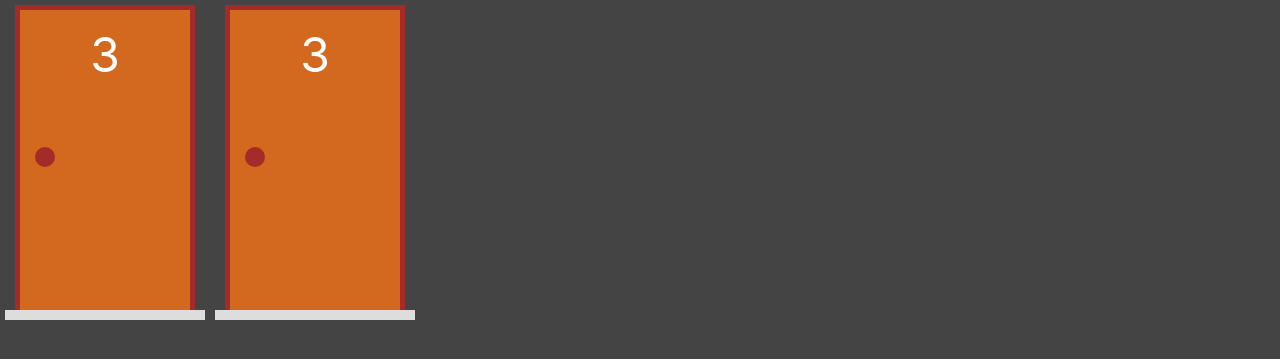
Repository: Mira757/Projeto-Porta-Premiada
Page: /
The author's editor kept a copy of each file at every save. The page is drawn from the files as they stood at one save, then again after the next save.
The browser window is 1280 px wide. The pictures show the whole page.
The project was rebuilt for these pictures with package versions that can differ from the ones it lists, and the page was loaded fresh each time. The framework's server and built-in components were replaced by stand-ins that run in the browser. Also part of the build but not shown: next.config.js.

Above is the page before, as saved 2022-03-17 12:10:52.

After the next save:
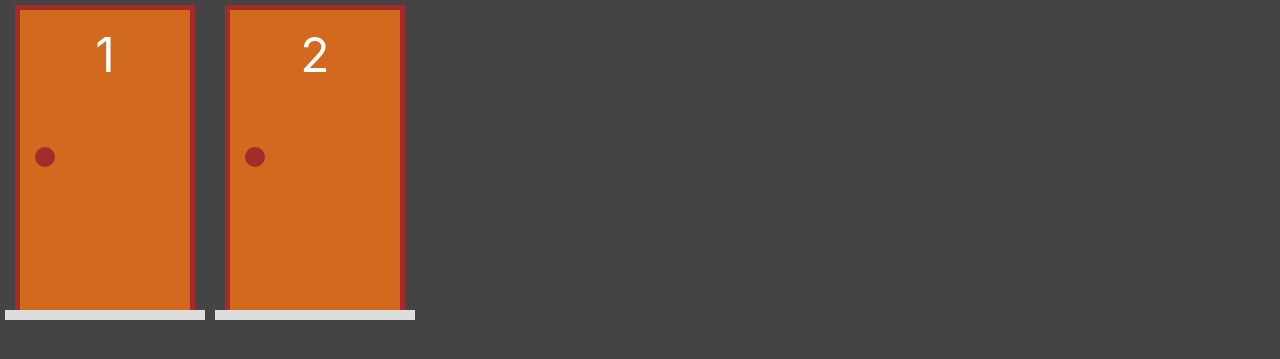
Saved 51 s later.
--- a/components/Porta.tsx
+++ b/components/Porta.tsx
@@ -14,7 +14,7 @@ export default function Porta(props: PortaProps) {
     <div className={styles.area}>
       <div className={`${styles.estrutura} ${selecionada}`}>
         <div className={styles.porta}>
-          <div className={styles.numero}>3</div>
+          <div className={styles.numero}>{porta.numero}</div>
           <div className={styles.macaneta}></div>
         </div>
       </div>
